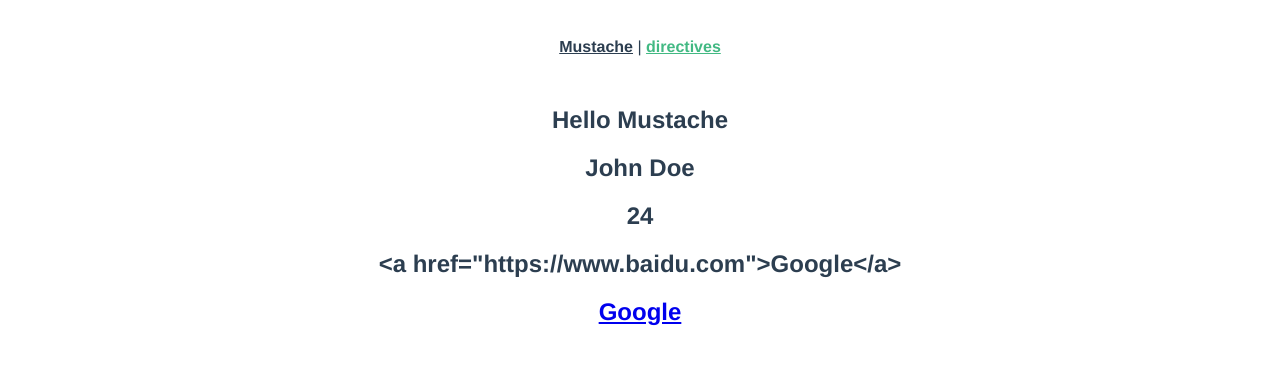
Repository: yeyanghui0616/my-vue2-learning
Page: /directives
The author's editor kept a copy of each file at every save. The page is drawn from the files as they stood at one save, then again after the next save.
The browser window is 1280 px wide. The pictures show the whole page.
The project was rebuilt for these pictures with package versions that can differ from the ones it lists, and the page was loaded fresh each time. Also part of the build but not shown: src/views/Mustache.vue.

Above is the page before, as saved 2023-08-30 21:19:18.

### src/App.vue
<template>
	<div id="app">
		<div id="nav">
			<router-link to="/">Mustache</router-link> |
			<router-link to="/directives">directives</router-link>
		</div>
		<router-view />
	</div>
</template>

<style lang="scss">
#app {
	font-family: Avenir, Helvetica, Arial, sans-serif;
	-webkit-font-smoothing: antialiased;
	-moz-osx-font-smoothing: grayscale;
	text-align: center;
	color: #2c3e50;
}

#nav {
	padding: 30px;

	a {
		font-weight: bold;
		color: #2c3e50;

		&.router-link-exact-active {
			color: #42b983;
		}
	}
}
</style>

### src/router/index.js
import Vue from "vue";
import VueRouter from "vue-router";
import Mustache from "../views/Mustache.vue";

Vue.use(VueRouter);

const routes = [
	{
		path: "/",
		name: "Mustache",
		component: Mustache,
	},
	{
		path: "/directives",
		name: "directives",
		component: () => import("../views/directives.vue"),
	},
];

const router = new VueRouter({
	mode: "history",
	base: process.env.BASE_URL,
	routes,
});

export default router;

### src/views/directives.vue
<template>
	<div>
		<!-- TODO Mustache -->
		<h2>Hello {{ name }}</h2>
		<h2>{{ firstName }} {{ lastName }}</h2>
		<h2>{{ counter * 2 }}</h2>
		<!-- TODO v-html -->
		<h2>{{ link }}</h2>
		<h2 v-html="link"></h2>
	</div>
</template>

<script>
export default {
	data() {
		return {
			name: "Mustache",
			firstName: "John",
			lastName: "Doe",
			counter: 12,
			link: '<a href="https://www.baidu.com">Google</a>',
		};
	},

	methods: {},
};
</script>

<style lang="scss"></style>

Loaded but not shown: public/index.html (common file); src/main.js (common file); src/store/index.js (common file)

After the next save:
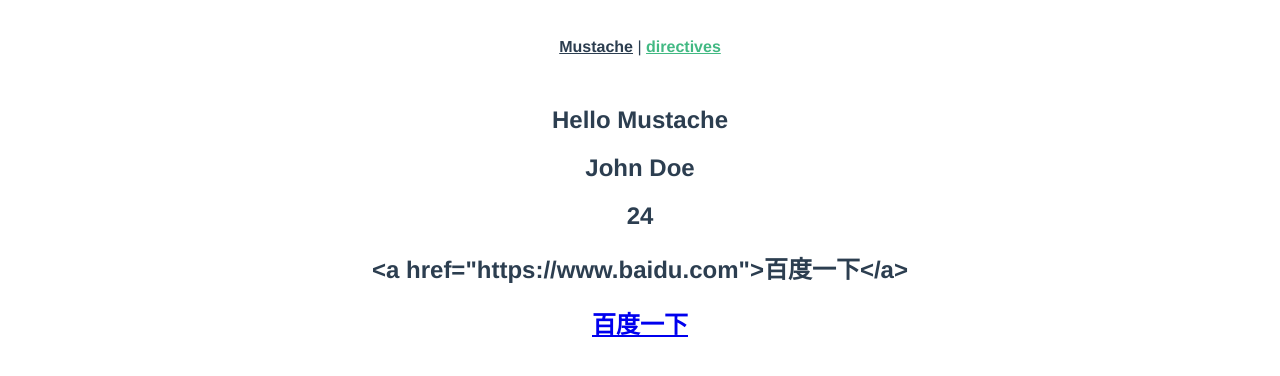
Saved 6 s later.
--- a/src/views/directives.vue
+++ b/src/views/directives.vue
@@ -18,7 +18,7 @@ export default {
 			firstName: "John",
 			lastName: "Doe",
 			counter: 12,
-			link: '<a href="https://www.baidu.com">Google</a>',
+			link: '<a href="https://www.baidu.com">百度一下</a>',
 		};
 	},
 
